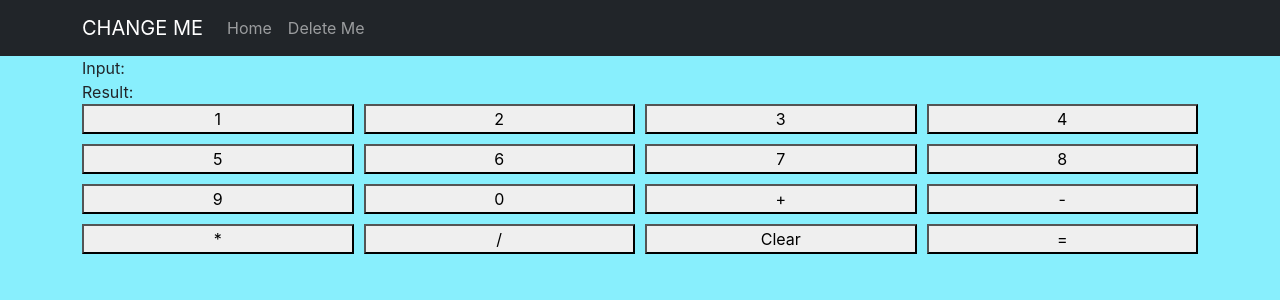
Repository: jgramirez0210/calculator-react
Page: /
The author's editor kept a copy of each file at every save. The page is drawn from the files as they stood at one save, then again after a run of saves.
The browser window is 1280 px wide. The pictures show the whole page.
The project was rebuilt for these pictures with package versions that can differ from the ones it lists, and the page was loaded fresh each time. The framework's server and built-in components were replaced by stand-ins that run in the browser. Also part of the build but not shown: next.config.js.

Above is the page before, as saved 2024-01-09 20:01:04.

### pages/_app.js
/* eslint-disable react/prop-types */
import 'bootstrap/dist/css/bootstrap.min.css';
import NoAuth from '../components/NoAuth'; // TODO: COMMENT OUT FOR AUTH
import '../styles/globals.css';
// import { AuthProvider } from '../utils/context/authContext'; // TODO: COMMENT IN FOR AUTH
// import ViewDirectorBasedOnUserAuthStatus from '../utils/ViewDirector'; // TODO: COMMENT IN FOR AUTH

function MyApp({ Component, pageProps }) {
  return (
    <>
      <NoAuth
        component={Component}
        pageProps={pageProps}
      />

      {/* TODO: Delete NoAuth component above and comment in code below for authentication */}
      {/* <AuthProvider>
        <ViewDirectorBasedOnUserAuthStatus
          // if status is pending === loading
          // if status is logged in === view app
          // if status is logged out === sign in page
          component={Component}
          pageProps={pageProps}
        />
      </AuthProvider> */}
    </>
  );
}

export default MyApp;

### pages/index.js
import React, { useState, evaluate } from 'react';

function Calculator() {
  const [input, setInput] = useState('');
  const [result, setResult] = useState(null);

  const handleDigit = (digit) => {
    setInput((prevInput) => prevInput + digit);
  };
  const handleOperation = (operation) => {
    setInput((prevInput) => prevInput + operation);
  };
  const calculateResult = () => {
    try {
      setResult(evaluate(input));
    } catch (error) {
      setResult('Error');
    }
  };
  const handleClear = () => {
    setInput('');
    setResult(null);
  };
  return (
    <div>
      <div> Input: {input}</div>
      <div> Result: {result}</div>
      <div className="calculator-grid">
        {[1, 2, 3, 4, 5, 6, 7, 8, 9, 0].map((digit) => (
          <button type="button" className={`button-${digit}`} onClick={() => handleDigit(digit)}>{digit}</button>
        ))}
        {['+', '-', '*', '/'].map((operation) => (
          <button type="button" onClick={() => handleOperation(operation)}>{operation}</button>
        ))}
        <button type="button" onClick={handleClear}>Clear</button>
        <button type="button" onClick={calculateResult}>=</button>
      </div>
    </div>
  );
}

export default Calculator;

### components/NoAuth.js
/* eslint-disable react/forbid-prop-types */
import React from 'react';
import PropTypes from 'prop-types';
import NoAuthNavBar from './NoAuthNavBar';

function NoAuth({ component: Component, pageProps }) {
  return (
    <>
      <NoAuthNavBar />
      <div className="container">
        <Component {...pageProps} />
      </div>
    </>
  );
}

NoAuth.propTypes = {
  component: PropTypes.func.isRequired,
  pageProps: PropTypes.oneOfType([PropTypes.object]).isRequired,
};

export default NoAuth;

### styles/globals.css
@import 'bootstrap/dist/css/bootstrap.css';

html,
body {
  padding: 0;
  margin: 0;
  font-family: -apple-system, BlinkMacSystemFont, Segoe UI, Roboto, Oxygen,
    Ubuntu, Cantarell, Fira Sans, Droid Sans, Helvetica Neue, sans-serif;
}

a {
  color: inherit;
  text-decoration: none;
}

* {
  box-sizing: border-box;
}

body {
  background-color: #88effd;
}

.calculator-grid {
  display: grid;
  grid-template-columns: repeat(4, 1fr);
  gap: 10px;
}

.button-0 {
  background-color
}

### components/NoAuthNavBar.js
/* eslint-disable jsx-a11y/anchor-is-valid */
import React from 'react';
import Link from 'next/link';
import {
  Navbar, Container, Nav,
} from 'react-bootstrap';

export default function NoAuthNavBar() {
  return (
    <Navbar collapseOnSelect expand="lg" bg="dark" variant="dark">
      <Container>
        <Link passHref href="/">
          <Navbar.Brand>CHANGE ME</Navbar.Brand>
        </Link>
        <Navbar.Toggle aria-controls="responsive-navbar-nav" />
        <Navbar.Collapse id="responsive-navbar-nav">
          <Nav className="me-auto">
            {/* CLOSE NAVBAR ON LINK SELECTION: https://stackoverflow.com/questions/72813635/collapse-on-select-react-bootstrap-navbar-with-nextjs-not-working */}
            <Link passHref href="/">
              <Nav.Link>Home</Nav.Link>
            </Link>
            <Link passHref href="/delete-me">
              <Nav.Link>Delete Me</Nav.Link>
            </Link>
          </Nav>
        </Navbar.Collapse>
      </Container>
    </Navbar>
  );
}

After the next 8 saves:
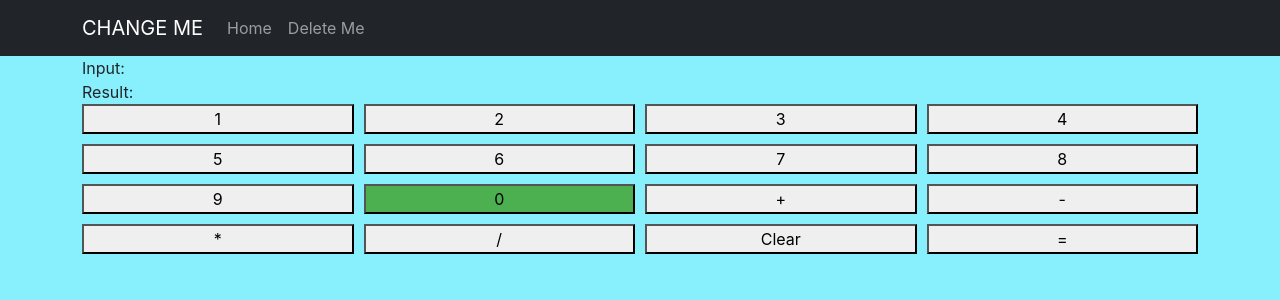
The 8 saves are shown as one change because they came seconds apart.
The last was saved 21 s later.
--- a/styles/globals.css
+++ b/styles/globals.css
@@ -28,5 +28,6 @@ body {
 }
 
 .button-0 {
-  background-color
+  background-color: #4caf50;
+  border
 }
